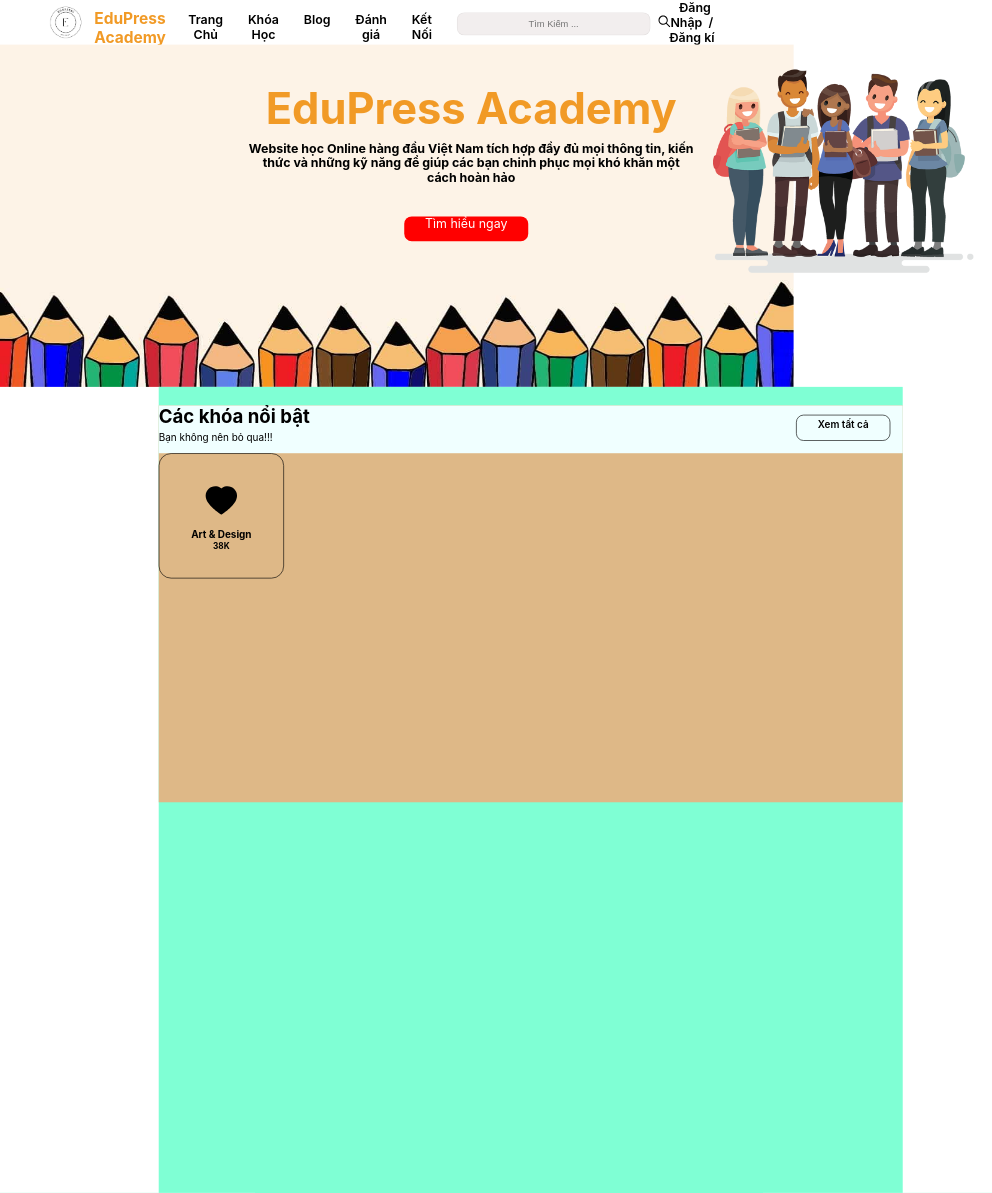
Repository: hieu1802/WebsiteEdupress
Page: / (app in my-app/)
The author's editor kept a copy of each file at every save. The page is drawn from the files as they stood at one save, then again after the next save.
The browser window is 1280 px wide. The page is 1600 px wide, so the pictures cover 1600 px, including what lies to the right of the window. The pictures show the whole page, at 62% of full size.
The project was rebuilt for these pictures with package versions that can differ from the ones it lists, and the page was loaded fresh each time. Also part of the build but not shown: my-app/src/App.css.

Above is the page before, as saved 2024-07-24 00:37:23.

After the next save:
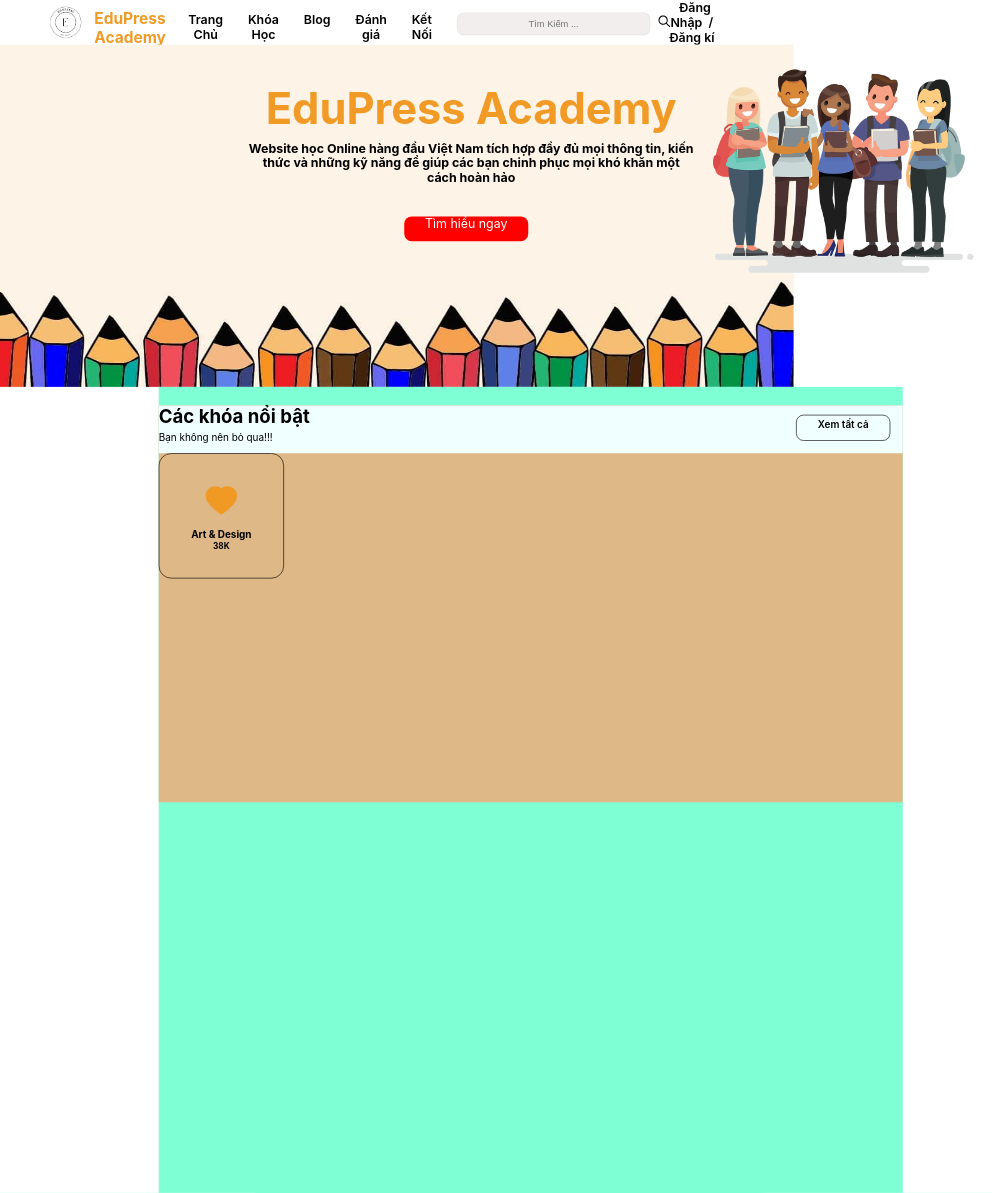
Saved 38 s later.
--- a/my-app/src/Components/HomePage/HomePage.css
+++ b/my-app/src/Components/HomePage/HomePage.css
@@ -229,4 +229,5 @@
 .iconBox{
     font-size: 60px;
     margin-bottom: 15px;
-}
+    color: rgba(241, 152, 34, 0.979);
+}
